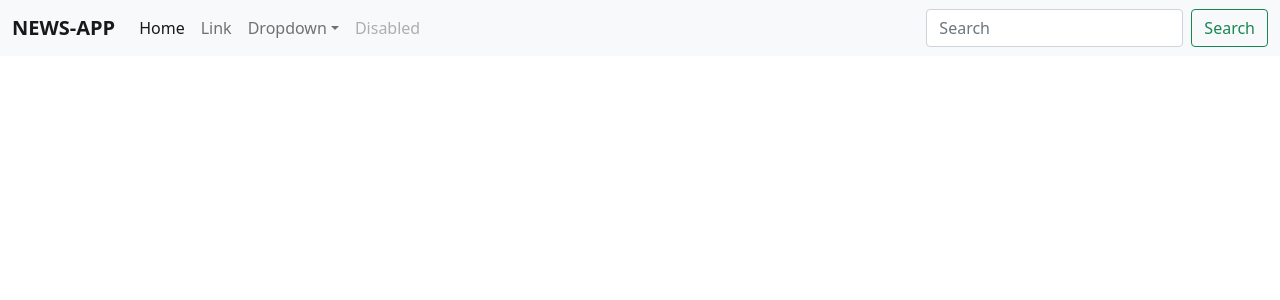
Repository: ashish9503/news_app
Page: /
The author's editor kept a copy of each file at every save. The page is drawn from the files as they stood at one save, then again after the next save.
The browser window is 1280 px wide. The pictures show the whole page.
The project was rebuilt for these pictures with package versions that can differ from the ones it lists, and the page was loaded fresh each time.

Above is the page before, as saved 2024-03-08 22:35:46.

### public/index.html
<!DOCTYPE html>
<html lang="en">
  <head>
    <meta charset="utf-8" />
    <link rel="icon" href="%PUBLIC_URL%/favicon.ico" />
    <meta name="viewport" content="width=device-width, initial-scale=1" />
    <meta name="theme-color" content="#000000" />
    <meta
      name="description"
      content="Web site created using create-react-app"
    />
    <link rel="apple-touch-icon" href="%PUBLIC_URL%/logo192.png" />
    <link href="https://cdn.jsdelivr.net/npm/bootstrap@5.0.2/dist/css/bootstrap.min.css" rel="stylesheet" integrity="sha384-EVSTQN3/azprG1Anm3QDgpJLIm9Nao0Yz1ztcQTwFspd3yD65VohhpuuCOmLASjC" crossorigin="anonymous">

    <!--
      manifest.json provides metadata used when your web app is installed on a
      user's mobile device or desktop. See https://developers.google.com/web/fundamentals/web-app-manifest/
    -->
    <link rel="manifest" href="%PUBLIC_URL%/manifest.json" />
    <!--
      Notice the use of %PUBLIC_URL% in the tags above.
      It will be replaced with the URL of the `public` folder during the build.
      Only files inside the `public` folder can be referenced from the HTML.

      Unlike "/favicon.ico" or "favicon.ico", "%PUBLIC_URL%/favicon.ico" will
      work correctly both with client-side routing and a non-root public URL.
      Learn how to configure a non-root public URL by running `npm run build`.
    -->
    <title>React App</title>
  </head>
  <body>
    <noscript>You need to enable JavaScript to run this app.</noscript>
    <div id="root"></div>
    <!--
      This HTML file is a template.
      If you open it directly in the browser, you will see an empty page.

      You can add webfonts, meta tags, or analytics to this file.
      The build step will place the bundled scripts into the <body> tag.

      To begin the development, run `npm start` or `yarn start`.
      To create a production bundle, use `npm run build` or `yarn build`.
    -->
    <script src="https://cdn.jsdelivr.net/npm/bootstrap@5.0.2/dist/js/bootstrap.bundle.min.js" integrity="sha384-MrcW6ZMFYlzcLA8Nl+NtUVF0sA7MsXsP1UyJoMp4YLEuNSfAP+JcXn/tWtIaxVXM" crossorigin="anonymous"></script>

  </body>
</html>

### src/index.js
import React from 'react';
import ReactDOM from 'react-dom/client';
import App from './App';;


const root = ReactDOM.createRoot(document.getElementById('root'));
root.render(
  <React.StrictMode>
    <App />
  </React.StrictMode>
);
// reportWebVitals();

### src/App.js
import React from 'react'
import Navbar from './component/navbar/Navbar'

const App = () => {
  return (
    <div>
    <Navbar/>

    </div>
  )
}

export default App

### src/component/navbar/Navbar.js
import React from 'react'

const Navbar = () => {
  return (
    <div>
      <nav className="navbar navbar-expand-lg navbar-light bg-light">
  <div className="container-fluid">
    <a className="navbar-brand" href="#"><b>NEWS-APP</b></a>
    <button className="navbar-toggler" type="button" data-bs-toggle="collapse" data-bs-target="#navbarSupportedContent" aria-controls="navbarSupportedContent" aria-expanded="false" aria-label="Toggle navigation">
      <span className="navbar-toggler-icon"></span>
    </button>
    <div className="collapse navbar-collapse" id="navbarSupportedContent">
      <ul className="navbar-nav me-auto mb-2 mb-lg-0">
        <li className="nav-item">
          <a className="nav-link active" aria-current="page" href="#">Home</a>
        </li>
        <li className="nav-item">
          <a className="nav-link" href="#">Link</a>
        </li>
        <li className="nav-item dropdown">
          <a className="nav-link dropdown-toggle" href="#" id="navbarDropdown" role="button" data-bs-toggle="dropdown" aria-expanded="false">
            Dropdown
          </a>
          <ul className="dropdown-menu" aria-labelledby="navbarDropdown">
            <li><a className="dropdown-item" href="#">Action</a></li>
            <li><a className="dropdown-item" href="#">Another action</a></li>
            <li><hr className="dropdown-divider"/></li>
            <li><a className="dropdown-item" href="#">Something else here</a></li>
          </ul>
        </li>
        <li className="nav-item">
          <a className="nav-link disabled" href="#" tabindex="-1" aria-disabled="true">Disabled</a>
        </li>
      </ul>
      <form className="d-flex">
        <input className="form-control me-2" type="search" placeholder="Search" aria-label="Search"/>
        <button className="btn btn-outline-success" type="submit">Search</button>
      </form>
    </div>
  </div>
</nav>
    </div>
  )
}

export default Navbar

After the next save:
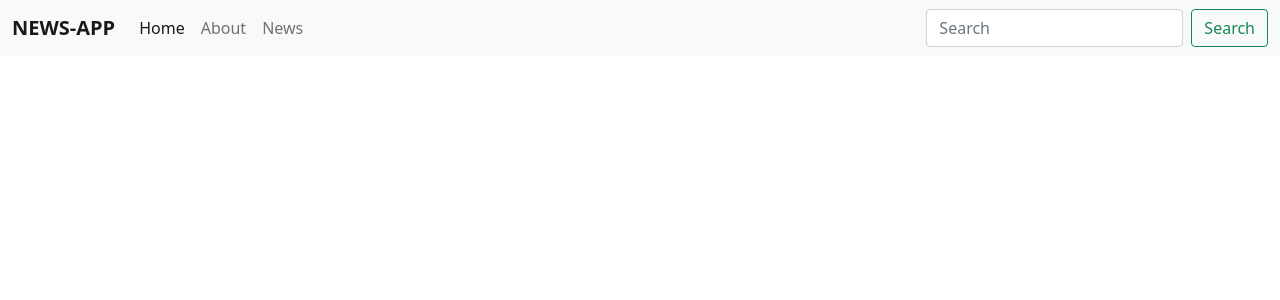
Saved 2 min 18 s later.
--- a/src/component/navbar/Navbar.js
+++ b/src/component/navbar/Navbar.js
@@ -15,22 +15,13 @@
           <a className="nav-link active" aria-current="page" href="#">Home</a>
         </li>
         <li className="nav-item">
-          <a className="nav-link" href="#">Link</a>
-        </li>
-        <li className="nav-item dropdown">
-          <a className="nav-link dropdown-toggle" href="#" id="navbarDropdown" role="button" data-bs-toggle="dropdown" aria-expanded="false">
-            Dropdown
-          </a>
-          <ul className="dropdown-menu" aria-labelledby="navbarDropdown">
-            <li><a className="dropdown-item" href="#">Action</a></li>
-            <li><a className="dropdown-item" href="#">Another action</a></li>
-            <li><hr className="dropdown-divider"/></li>
-            <li><a className="dropdown-item" href="#">Something else here</a></li>
-          </ul>
+          <a className="nav-link" href="#">About</a>
         </li>
         <li className="nav-item">
-          <a className="nav-link disabled" href="#" tabindex="-1" aria-disabled="true">Disabled</a>
+          <a className="nav-link" href="#">News</a>
         </li>
+
+
       </ul>
       <form className="d-flex">
         <input className="form-control me-2" type="search" placeholder="Search" aria-label="Search"/>
